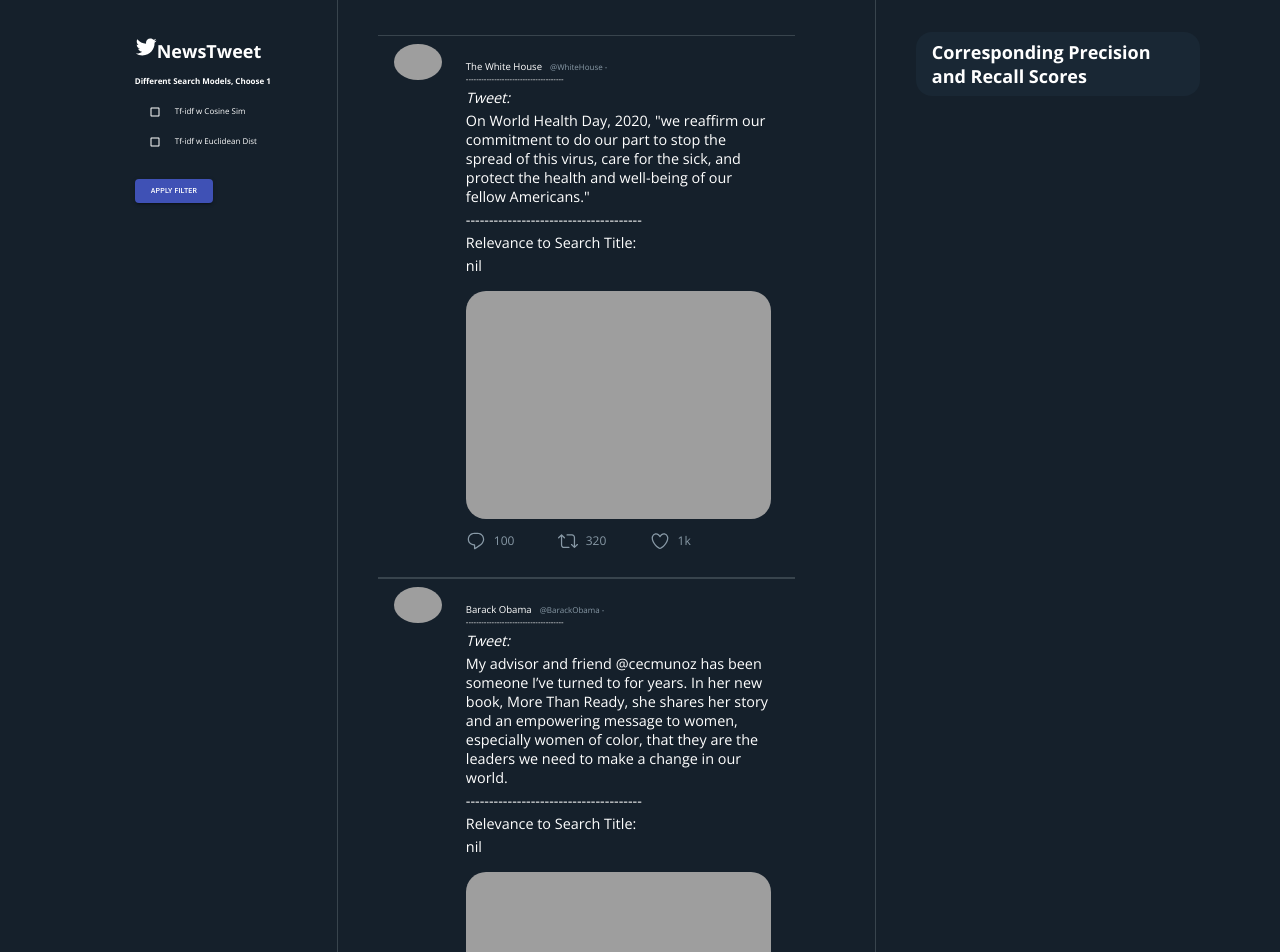
Repository: Dustyik/TwitterAIproj
Page: / (app in FrontEnd/)
These files come from the project's save history. The page is drawn as it stood at one moment and after the next save; the edit follows.
The browser window is 1280 px wide. The pictures show the part of the page from y = 0 to 952 px (the page is 1731 px tall before and 1764 px after).
Pictures or frames that could not be fetched are drawn as grey boxes. The page's requests for data from a server got no answer. The project was rebuilt for these pictures with package versions that can differ from the ones it lists, and the page was loaded fresh each time. No one was signed in, and anything a server would have sent is missing. Also part of the build but not shown: FrontEnd/src/components/trending/Trend.js, FrontEnd/src/components/trending/TrendsList.js, FrontEnd/src/components/trending/FollowSuggestionCard.js, FrontEnd/src/styles/FollowList.css, FrontEnd/src/components/trending/FollowSuggestionsList.js, FrontEnd/src/components/StatusCard.js, FrontEnd/src/pages/Status.js, FrontEnd/src/components/profile/ProfileHead.js and 3 more.

Above is the page before, as saved 2021-08-02 23:45:44.

### FrontEnd/public/index.html
<!DOCTYPE html>
<html lang="en">

<head>
  <meta charset="utf-8" />
  <link rel="icon" href="%PUBLIC_URL%/favicon.ico" />
  <meta name="viewport" content="width=device-width, initial-scale=1" />
  <meta name="theme-color" content="#000000" />
  <meta name="description" content="Web site created using create-react-app" />
  <link rel="apple-touch-icon" href="%PUBLIC_URL%/logo192.png" />
  <link href="https://fonts.googleapis.com/css2?family=Open+Sans:wght@400;700&display=swap" rel="stylesheet">
  <!--
      manifest.json provides metadata used when your web app is installed on a
      user's mobile device or desktop. See https://developers.google.com/web/fundamentals/web-app-manifest/
    -->
  <link rel="manifest" href="%PUBLIC_URL%/manifest.json" />
  <!--
      Notice the use of %PUBLIC_URL% in the tags above.
      It will be replaced with the URL of the `public` folder during the build.
      Only files inside the `public` folder can be referenced from the HTML.

      Unlike "/favicon.ico" or "favicon.ico", "%PUBLIC_URL%/favicon.ico" will
      work correctly both with client-side routing and a non-root public URL.
      Learn how to configure a non-root public URL by running `npm run build`.
    -->
  <title>React App</title>
</head>

<body>
  <noscript>You need to enable JavaScript to run this app.</noscript>
  <div id="root"></div>
  <!--
      This HTML file is a template.
      If you open it directly in the browser, you will see an empty page.

      You can add webfonts, meta tags, or analytics to this file.
      The build step will place the bundled scripts into the <body> tag.

      To begin the development, run `npm start` or `yarn start`.
      To create a production bundle, use `npm run build` or `yarn build`.
    -->
</body>

</html>

### FrontEnd/src/App.js
import React from 'react';
import { BrowserRouter as Router, Route } from 'react-router-dom';
import './App.css';
import { Sidebar } from './components/Sidebar';
import { Home } from './pages/Home';
import { Trending } from './components/trending/Trending';
import { GlobalProvider } from './context/GlobalState';
import { Status } from './pages/Status';
import ScrollToTop from './utils/ScrollToTop';
import { Profile } from './pages/Profile';

function App() {
  return (
    <GlobalProvider >
      <Router >

        <ScrollToTop>
          <div className="App">
            <div className="side-nav">
              <Sidebar />
            </div>
            <div className="main trending">

              <Route exact path="/" component={Home} />
              { /*
              <Route exact path="/:id" component={Profile} />
              <Route exact path="/status/:id" component={Status} />
              */}


            </div>

            <div className="trending">
              <Trending />
            </div>
          </div>
        </ScrollToTop>

      </Router>
    </GlobalProvider>
  );
}

export default App;

### FrontEnd/src/App.css
:root {
    --body-bg        : rgb(21, 32, 43);
    --sky-blue       : rgba(29, 161, 242, 1.00);
    --light          : rgba(255, 255, 2555);
    --grey           : rgb(136, 153, 166);
    --border         : rgb(56, 68, 77);
    --thick-border   : rgb(37, 51, 65);
    --thick-border   : rgb(37, 51, 65);
    --card-background: rgb(25, 39, 52);
}

body {
    background-color: var(--body-bg);
    font-family     : 'Open Sans', sans-serif;
    padding         : 0;
    margin          : 0;
    color           : var(--light);
}

html {
    font-size: 8px;
}

::-webkit-input-placeholder {
    /* Chrome/Opera/Safari */
    font-size  : 2.5rem;
    color      : #9197a3;
    font-weight: 400;
}

::-moz-placeholder {
    /* Firefox 19+ */
    font-size  : 2.5rem;
    color      : #9197a3;
    font-weight: 400;
}

:-ms-input-placeholder {
    /* IE 10+ */
    font-size  : 2.5rem;
    color      : #9197a3;
    font-weight: 400;
}

:-moz-placeholder {
    /* Firefox 18- */
    font-size  : 2.5rem;
    color      : #9197a3;
    font-weight: 400;
}

.App {
    display              : grid;
    grid-template-columns: 2.5fr 4fr 3fr;
}

.side-nav {
    padding-left: 40%;
    padding-top : 3rem;
}

.side-nav svg {
    fill : var(--light);
    width: 2.75rem;
}

.side-nav svg:hover {
    fill: var(--sky-blue);
}

.side-nav-item {
    padding: 2rem 0;

}

.side-nav .side-nav-item .side-nav-text {
    font-size     : 2.25rem;
    font-weight   : 700;
    color         : var(--light);
    padding-left  : 3rem;
    vertical-align: bottom;
}

.avatar {
    display: inline;
}

.avatar img {
    border-radius: 50%;
}


/* helper classes */
.p-0 {
    padding: 0
}


.pl-0 {
    padding-left: 0
}

.p-1 {
    padding: 1rem;
}

.p-2 {
    padding: 2rem
}

.pr-0 {
    padding-right: 0
}

.pb-1 {
    padding-bottom: 1rem;
}

.m-0 {
    margin: 0
}

.mb-0 {
    margin-bottom: 0;
}

.text-center {
    text-align: center;
}

.w-100 {
    width: 100%;
}

.pl-1 {
    padding-left: 1rem;
}

.pr-1 {
    padding-right: 1rem;
}

ul {
    list-style: none;
}

.flex-align-center {
    display    : flex;
    align-items: center;
}

.flex-space-between {
    display        : flex;
    justify-content: space-between;
}

.inline-block {
    display: inline-block;

}


.btn {
    color      : var(--light);
    font-weight: 700;
    cursor     : pointer;
    border     : none;
    background : transparent;
}

.tweet-btn {
    border-radius   : 4rem;
    font-size       : 2rem;
    padding         : 1.5rem;
    background-color: var(--sky-blue);
    width           : 80%;
}

.follow-btn {
    border-radius: 3rem;
    font-size    : 2rem;
    padding      : 0.5rem;
    font-weight  : 700;
    color        : var(--sky-blue);
    border       : 1px solid var(--sky-blue);
}

.pointer {
    cursor: pointer;
}

.bold-dull-para {
    font-size: 1.75rem;
    color    : var(--grey);
}

a {
    text-decoration: none;
    color          : inherit;
}

h1 {
    font-size  : 2.25rem;
    font-weight: 700;
    color      : var(--light);
}

h2 {
    font-size  : 2rem;
    font-weight: 700;
    color      : var(--light);
}

input:focus {
    outline: none;
}

### FrontEnd/src/components/trending/Trending.js
import React from 'react';
import '../../styles/Trending.css';
import { SearchIcon } from '../../images/svg/svgs'
import { TrendsList } from './TrendsList';
import { FollowSuggestionsList } from './FollowSuggestionsList';


export const Trending = () => {
    return (
        <>
            <div>

                <div className="trends-list m-0">
                    {/*
                    <TrendsList />
                    */}
                    <h1>
                    Corresponding Precision and Recall Scores
                    </h1>
                </div>
                {/*
                <div className="follow-list">
                    <FollowSuggestionsList />
                </div>
                */}
            </div>
        </>
    )
}

### FrontEnd/src/utils/ScrollToTop.js
import React, { useEffect, Fragment } from 'react';
import { withRouter } from 'react-router-dom';

function ScrollToTop({ history, children }) {
    useEffect(() => {
        const unlisten = history.listen(() => {
            window.scrollTo(0, 0);
        });
        return () => {
            unlisten();
        }
    }, []);

    return <Fragment>{children}</Fragment>;
}

export default withRouter(ScrollToTop);

### FrontEnd/src/images/avatars.js
import React from 'react'

export const SmallAvatar = ({ width, image }) => {
    return (
        <div className="avatar">
            <img width={width} src={image} alt="avatar" />
        </div>
    )
}

### FrontEnd/src/apifunctions.js
import axios from 'axios';

export const getTweets = () => {
    return axios.get("http://localhost:5000/getTweets")
}

export const applySearchFilters = (data, title, id) => {
    return axios.post("http://localhost:5000/applySearchModels", {
            data: data,
            queryTitle: title,
            articleId: id

        }
    )
}

### FrontEnd/src/styles/Main.css
/* main styles */
.main {
    border-left : 1px solid var(--border);
    border-right: 1px solid var(--border);
    ;
}

.home {
    padding-left : 2.5rem;
    border-bottom: 1px solid var(--border);
}

.new-tweet {
    padding              : 1rem;
    display              : grid;
    grid-template-columns: 1fr 9fr;
    border-bottom        : 1rem solid var(--thick-border);
}

.new-tweet .left,
.right {
    padding: 0 1rem;
}

.new-tweet input {
    padding    : 2rem 0;
    background : transparent;
    border     : none;
    color      : var(--light);
    font-size  : 2rem;
    font-weight: 700;
}

.new-tweet-options {
    padding-right  : 1rem;
    display        : flex;
    justify-content: space-between;
    align-items    : center;
}

.new-tweet .add-icons {
    margin-right: 1rem;
}

.new-tweet .add-icons svg {
    width  : 3rem;
    fill   : var(--sky-blue);
    padding: 1rem;
}

.new-tweet .add-icons svg:first-child {
    padding-left: 0;
}

### FrontEnd/src/components/TweetList.js
import React, { useContext } from 'react'
import TweetCard from './TweetCard'
import { GlobalContext } from '../context/GlobalState'

export const TweetList = () => {
    const { tweets } = useContext(GlobalContext);

    return (
        <>
            {console.log(tweets)}
            {tweets.map((tweet, index) => (<TweetCard key={index} tweet={tweet} />))}
        </>
    )
}

### FrontEnd/src/styles/Trending.css
.trending {
    padding: 1rem 10rem 1rem 5rem;
}

.trending .search-box {
    width     : 100%;
    background: transparent;

    background-color: var(--thick-border);
    border-radius   : 5rem;
    border          : none;
}

.trending .search-box svg {
    width       : 3rem;
    fill        : var(--grey);
    padding-left: 1rem;

}

.trending .search-box input {
    padding   : 1.5rem;
    font-size : 2rem;
    width     : 100%;
    background: transparent;
    border    : none;
    color     : var(--light);
}

.trends-list {
    background-color: var(--card-background);
    border-radius   : 2rem;
    margin-top      : 3rem;
}

.trends-list h1 {
    padding: 1rem 2rem;

}

.trends-for-you {
    padding-right: 1rem;
}

.trends-for-you svg {
    width: 3.5rem;
    fill : var(--sky-blue);
}

.trends-card {
    border-top   : 1px solid var(--border);
    border-bottom: 1px solid var(--border);
    padding      : 2rem;
}

.trends :last-child {
    border-bottom: none;
}

.trends-topic {
    font-size: 1.5rem;
    color    : var(--grey);
}

.trend-tweet-count {
    font-size: 1.75rem;
    color    : var(--grey);
}



.trending ::-webkit-input-placeholder {
    /* Chrome/Opera/Safari */
    font-size  : 2rem;
    color      : #9197a3;
    font-weight: 400;
}

.trending ::-moz-placeholder {
    /* Firefox 19+ */
    font-size  : 2rem;
    color      : #9197a3;
    font-weight: 400;
}

.trending :-ms-input-placeholder {
    /* IE 10+ */
    font-size  : 2rem;
    color      : #9197a3;
    font-weight: 400;
}

.trending :-moz-placeholder {
    /* Firefox 18- */
    font-size  : 2rem;
    color      : #9197a3;
    font-weight: 400;
}

### FrontEnd/src/context/AppReducer.js
const MAX = 30
const MIN = 0

export default (state, action) => {
    switch (action.type) {
        case 'DELETE_TRANSACTION':
            return {
                ...state,
                transactions: state.transactions.filter(transaction => transaction.id !== action.payload)
            }
        case 'ADD_TWEET':
            const newTweet = {
                user: {
                    name: action.payload.name,
                    image: action.payload.image,
                    handle: `@${action.payload.name}`,
                },
                tweet: {
                    content: action.payload.tweet,
                    image: null,
                    comments: Math.floor(Math.random()*(MAX-MIN)+MIN),
                    retweets: Math.floor(Math.random()*(MAX-MIN)+MIN),
                    likes: Math.floor(Math.random()*(MAX-MIN)+MIN),
                    relevance: action.payload.relevance
                }
            };
            return {
                ...state,
                tweets: [...state.tweets, newTweet]
            }

        case "SET_TWEETS":
            return {
            ...state,
            tweets: action.payload
        }

        case "SET_SEARCH_MODEL":
            return {
            ...state,
            searchModels: action.payload
        }

        case "REMOVE_ALL_TWEETS":
            return {
            ...state,
            tweets: []
        }


        default:
            return state
    }
}

### FrontEnd/src/components/TweetCard.js
import React, { Component } from 'react';
import '../styles/TweetCard.css';
import { SmallAvatar } from '../images/avatars'
import { TweetCommentIcon, TweetRetweetIcon, TweetLikeIcon, TweetSendIcon } from '../images/svg/svgs';
import { Link } from 'react-router-dom';

export default class TweetCard extends Component {
    tweet = this.props.tweet;
    profImageurl = 'https://pbs.twimg.com/profile_images/1247964769669136385/KVCROk2D_bigger.jpg';

    handleRouting = (e) => {
        // e.preventDefault();
        // debugger
        // this.props.history.push('data')
    }
    render() {
        return (
            <div>
                <div className="tweet-card">
                    <div className="left">
                        <SmallAvatar width="48" image={this.tweet.user.image} />
                    </div>
                    <div className="right">
                        <div className="tweet-card-head">
                            <span className="tweet-card-name" >{this.tweet.user.name}</span>

                            <span className="tweet-card-handle" >{this.tweet.user.handle}</span>

                            <span className="tweet-card-time"> - {this.tweet.tweet.time}</span>
                        </div>

                        <div className="tweet-card-content">
                                <p className="m-0">--------------------------------------</p>
                            </div>
                        <div className="tweet-card-body">
                        <div className="tweet-card-content">
                                <p className="m-0" style = {{fontStyle:"italic"}}>Tweet:</p>
                            </div>
                            <div className="tweet-card-content">
                                <p className="m-0">{this.tweet.tweet.content}</p>
                            </div>
                            <div className="tweet-card-content">
                                <p className="m-0">--------------------------------------</p>
                            </div>

                            <div className="tweet-card-content">
                                <p className="m-0">Relevance to Search Title: </p>
                            </div>
                            <div className="tweet-card-content">
                                <p className="m-0">{this.tweet.tweet.relevance}</p>
                            </div>
                            <div className="tweet-card-image">
                                <img src={this.tweet.tweet.image} alt="" />
                            </div>
                            <div className="tweet-card-footer">
                                <span className="flex-align-center"><TweetCommentIcon /> <span className="tweet-cars-icon">{this.tweet.tweet.comments}</span></span>
                                <span className="flex-align-center"><TweetRetweetIcon /><span className="tweet-cars-icon">{this.tweet.tweet.retweets}</span></span>
                                <span className="flex-align-center"><TweetLikeIcon /><span className="tweet-cars-icon">{this.tweet.tweet.likes}</span></span>
                                { /*<span className="flex-align-center"><TweetSendIcon /></span> */}
                            </div>
                        </div>
                    </div>
                </div>
            </div>
        )
    }
}

### FrontEnd/src/styles/StatusCard.css
.tweets {}

.status-card {
    /* padding              : 1rem;
    display                 : grid;
    grid-template-columns   : 1fr 9fr; */
    border-bottom           : 0.5px solid var(--border);
    border-top              : 0.5px solid var(--border);

}

.status-card .left,
.right {
    padding: 2rem;
}

.status-card .left {
    display    : flex;
    align-items: center;

}

.status-card .right {
    padding-top: 0;
}

.status-card .status-card-name {
    font-size    : 2rem;
    font-weight  : 700;
    padding-right: 1rem;
}

.status-card .status-card-handle,
.status-card-time {
    font-size: 1.5rem;
    color    : var(--grey);
}

.status-card .status-card-body .status-card-content p {
    font-size : 2.5rem;
    margin-top: .5rem;
}

.status-card .status-card-body .status-card-image {
    margin-top: 2rem;
}

.status-card .status-card-body .status-card-image img {
    width        : 100%;
    border-radius: 20px;
}

.status-card .status-card-footer {
    padding-right: 10rem;
    display      : flex;

    justify-content: space-around;
    padding-top    : 1rem;
    width          : 100%;
}

.status-card .status-card-footer svg {
    fill : var(--grey);
    width: 2.5rem;
}

.status-card .status-card-footer .tweet-cars-icon {
    line-height : 2;
    font-size   : 1.5rem;
    color       : var(--grey);
    padding-left: 1rem;
}

.status {
    display    : flex;
    align-items: center;
    padding    : 0 2rem;
    display    : flex;
    align-items: center;
}

.status h1 {
    display     : inline-block;
    padding-left: 1rem;
}

.status svg {
    width: 4rem;
    fill : var(--sky-blue);
}

### FrontEnd/src/styles/TweetCard.css
.tweets {}

.tweet-card {
    padding              : 1rem;
    display              : grid;
    grid-template-columns: 1fr 9fr;
    border-bottom        : 0.5px solid var(--border);
    border-top           : 0.5px solid var(--border);

}

.tweet-card .left,
.right {
    padding: 0 1rem;
}

.tweet-card .tweet-card-head .tweet-card-name {
    font-size    : 1.2rem;
    font-weight  : 300;
    padding-right: 1rem;
}

.tweet-card .tweet-card-head .tweet-card-name:hover {
    text-decoration: underline;
}

.tweet-card .tweet-card-head .tweet-card-handle,
.tweet-card-time {
    font-size: rem;
    color    : var(--grey);
}

.tweet-card .tweet-card-body .tweet-card-content p {
    font-size : 1.8rem;
    margin-top: .5rem;
}

.tweet-card .tweet-card-body .tweet-card-image {
    margin-top: 2rem;
}

.tweet-card .tweet-card-body .tweet-card-image img {
    width        : 100%;
    border-radius: 20px;
}

.tweet-card .tweet-card-footer {
    padding-right  : 10rem;
    display        : flex;
    justify-content: space-between;
    padding-top    : 1rem;
}

.tweet-card .tweet-card-footer svg {
    fill : var(--grey);
    width: 2.5rem;
}

.tweet-card .tweet-card-footer .tweet-cars-icon {
    line-height : 2;
    font-size   : 1.5REM;
    color       : var(--grey);
    padding-left: 1rem;
}

Loaded but not shown: FrontEnd/src/index.js (common file); FrontEnd/src/images/svg/svgs.js (66 lines, source omitted); FrontEnd/src/context/GlobalState.js (113 lines, source omitted); FrontEnd/src/pages/Home.js (92 lines, source omitted); FrontEnd/src/components/Sidebar.js (112 lines, source omitted)

After the next save:
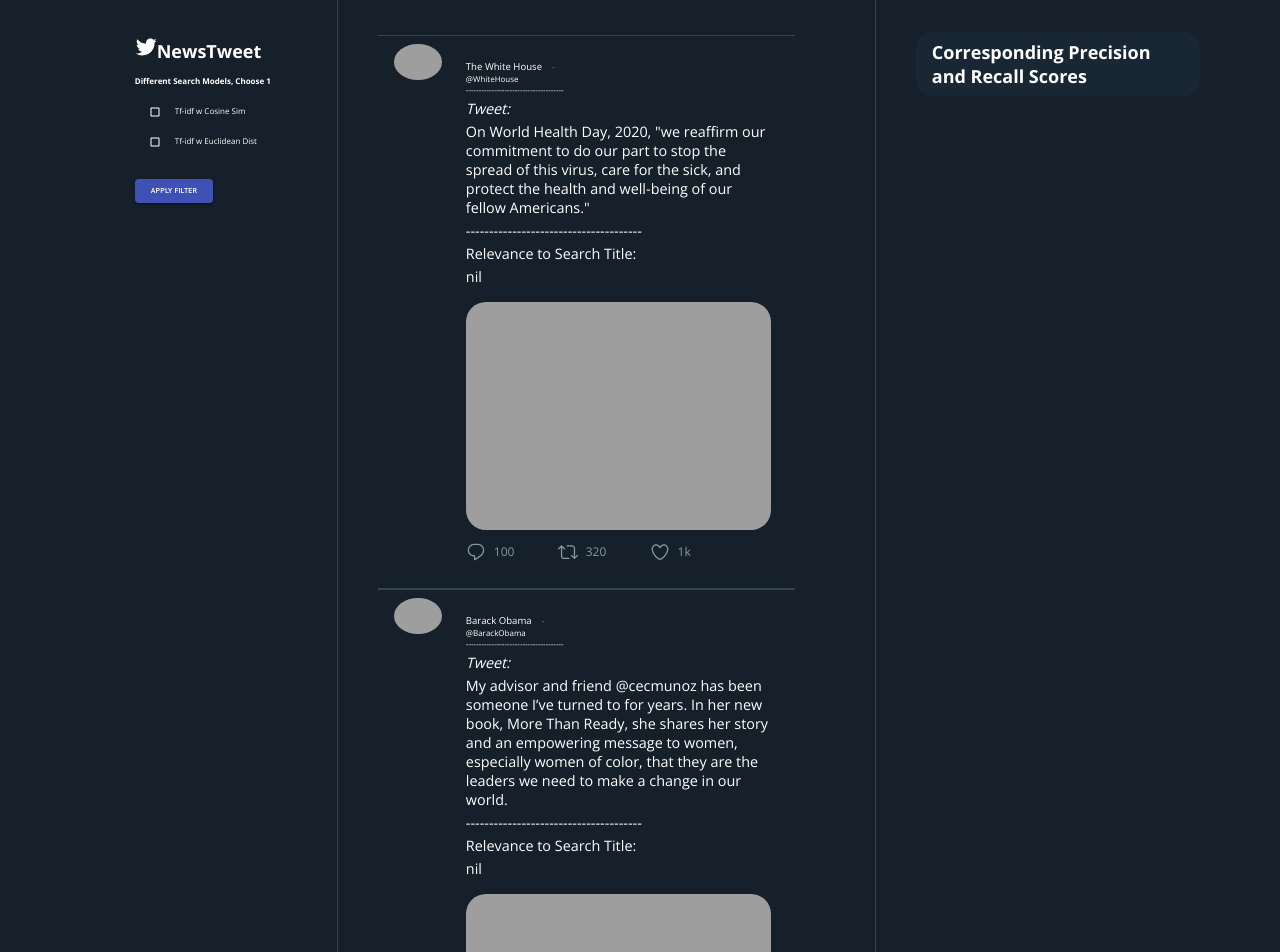
Saved 72 s later.
--- a/FrontEnd/src/components/TweetCard.js
+++ b/FrontEnd/src/components/TweetCard.js
@@ -23,11 +23,10 @@
                     <div className="right">
                         <div className="tweet-card-head">
                             <span className="tweet-card-name" >{this.tweet.user.name}</span>
-
-                            <span className="tweet-card-handle" >{this.tweet.user.handle}</span>
-
                             <span className="tweet-card-time"> - {this.tweet.tweet.time}</span>
                         </div>
+                        <span className="tweet-card-handle" >{this.tweet.user.handle}</span>
+
 
                         <div className="tweet-card-content">
                                 <p className="m-0">--------------------------------------</p>
